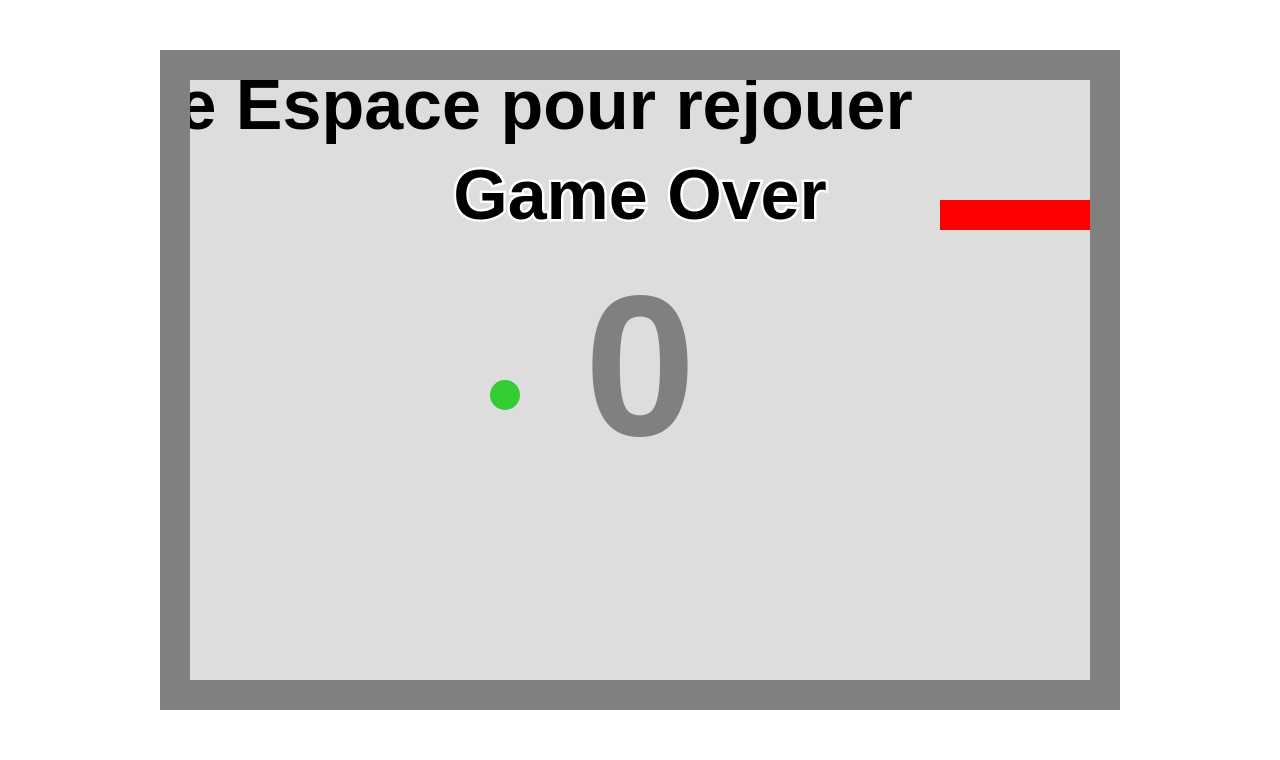
Repository: laben35/snake
Page: index.html
These files come from the project's save history. The page is drawn as it stood at one moment and after the next save; the edit follows.
The browser window is 1280 px wide. The pictures show the whole page.

Above is the page before, as saved 2019-12-08 19:19:09.

### index.html
<!DOCTYPE html>
<html lang="en">
<head>
    <meta charset="UTF-8">
    <meta name="viewport" content="width=device-width, initial-scale=1.0">
    <meta http-equiv="X-UA-Compatible" content="ie=edge">
    <title>The snake game</title>
    <script src="script.js"></script>
</head>
<body>

</body>
</html>

### script.js
window.onload = function()
{
    var canvasWidth = 900;
    var canvasHeight = 600;
    var blockSize = 30;
    var ctx;
    var delay = 150;   // si j'augmente le délai de rafraichissement du canvas,  le serpent avance moins vite, comme ça il se rafraichit une fois toutes les secondes et non toutes les dixièmes de secondes
    var snakee;
    var applee;
    var widthInBlocks = canvasWidth/blockSize;  //la largeur en terme de block sera la largeur divisée par la taille du bloc c'est à dire, la largeur est de 900px et la taille du bloc (blockSize) est de 30px ==> notre largeur en terme de blocks sera de 30px var 30*30=900
    var heightInBocks = canvasHeight/blockSize; //600/30 = 20
    var score;

    init();

    function init()
    {
            var canvas = document.createElement('canvas');  //Canvas élément HTML qui permet de dessiner notre page HTML
            canvas.width = canvasWidth;
            canvas.height = canvasHeight;
            canvas.style.border = "30px solid gray";
            canvas.style.margin = "50px auto";
            canvas.style.display = "block";
            canvas.style.backgroundColor = "#ddd";
            document.body.appendChild(canvas);
            ctx = canvas.getContext('2d');
            snakee = new Snake( [[6,4], [5,4], [4,4], [3,4], [2,4]], "right");
            applee = new Apple([10,10]);
            score = 0;
            refreshCanvas();
    }

    //fonction qui rafraichit le canvas
    function refreshCanvas()
    {
        snakee.advance();
        if(snakee.checkCollision())
        {
            gameOver();
        }
        else
        {
            if(snakee.isEatingApple(applee))         // Condition est-ce que le serpent a mangé un fruit
            {
                score++;
                snakee.ateApple = true;   //le serpent a bien mangé un fruit
                do
                {
                    applee.setNewPosition();     //Le serpent a mangé un fruit donc on va replacer le fruit à un autre endroit d'où la nouvelle méthode: setNewPosition()
                }
                while(applee.isOnSnake(snakee))

            }
            ctx.clearRect(0,0,canvasWidth, canvasHeight);
            drawScore();
            snakee.draw();
            applee.draw();
            setTimeout(refreshCanvas, delay);
        }
    }

    function gameOver()  //Je souhaite que cette fonction écrive GameOver à chaque fois que le serpent rencontre un mur ou lui-même
    {
        ctx.save();   //permet d'enregistrer les paramètre de configuration du contexte du combat cad de le retrouver comme avant
        ctx.font = "bold 70px sans-serif";
        ctx.fillStyle = "#000";
        ctx.textAlign = "center";
        ctx.textBaseline = "middle";
        ctx.strokeStyle = "white";
        ctx.lineWidth = 5;
        var centreX = canvasWidth / 2;
        var centreY = canvasHeight / 2;
        ctx.strokeText("Game Over", centreX, centreY -180);  //pour le stroke -180 cad un petit peu au-dessus du 0
        ctx.fillText("Game Over", centreX, centreY -180);
        ctx.fillText("Appuyer sur la touche Espace pour rejouer", 5, 30);
        ctx.restore();
    }

    function restart()
    {
        snakee = new Snake( [[6,4], [5,4], [4,4], [3,4], [2,4]], "right");
        applee = new Apple([10,10]);
        score = 0;
        refreshCanvas();
    }

    function drawScore()   //fonction qui permet d'afficher le score à l'écran
    {
        ctx.save();
        ctx.font = "bold 200px sans-serif";
        ctx.fillStyle = "gray";
        ctx.textAlign = "center";
        ctx.textBaseline = "middle";
        var centreX = canvasWidth / 2;
        var centreY = canvasHeight / 2;
        ctx.fillText(score.toString(), centreX, centreY);    //ctx.fillText(score.toString(), 5, canvasHeight - 5);
        ctx.restore();
    }

    function drawBlock(ctx, position)
    {
        var x = position[0] * blockSize;
        var y = position[1] * blockSize;
        ctx.fillRect(x,y, blockSize, blockSize);
    }

    //Le constructeur
    function Snake(body, direction)
    {
        this.body = body;
        this.direction = direction;
        this.ateApple = false;      //Pour savoir si mon serpent a mangé un fruit pour le faire grandir  ==> ajout de cette propriété...
        this.draw = function()
        {
            ctx.save();
            ctx.fillStyle = "#ff0000";
            for(var i = 0; i < this.body.length; i++)
           {
               drawBlock(ctx, this.body[i]);
           }
           ctx.restore();
        };
        this.advance = function()
        {
            var nextPosition = this.body[0].slice();
            switch(this.direction)
            {
                case "left":
                    nextPosition[0] -= 1;    //ici c'est la position du x
                    break;
                case "right":
                    nextPosition[0] += 1;
                    break;
                case "down":
                    nextPosition[1] += 1;   //ici c'est la position du y
                    break;
                case "up":
                    nextPosition[1] -= 1;
                    break;
                default:
                    throw("Invalid Direction");
            }
            this.body.unshift(nextPosition);
            if(!this.ateApple)
                this.body.pop();  // Le serpent a mangé un fruit. Ici le pop me permets d'enlever le dernier bloc cad on avançait la tête d'une position et on supprimait la dernière donc mon serpent restait à la même taille
            else
                  this.ateApple = false;
        };
        this.setDirection = function(newDirection)
        {
            var allowedDirections;
            switch(this.direction)
            {
                case "left":
                case "right":
                    allowedDirections = ["up", "down"];
                    break;
                case "down":
                case "up":
                    allowedDirections = ["left", "right"];
                    break;
                default:
                    throw("Invalid Direction");
            }
            if(allowedDirections.indexOf(newDirection) > -1)   //Si c'est >-1 alors ma nouvelle direction est permise
            {
                this.direction = newDirection;
            }
        };
        this.checkCollision = function()   //Fonction pour délimiter l'espace du serpent ==> pour ne pas qu'il sorte du canvas sinon game over
        {
            var wallCollision = false;  //si le serpent rentre dans le mur ==> les limites du canvas
            var snakeCollision = false; //si le serpent rentre sur lui-même
            var head =  this.body[0];   // c'est la tête qui prend la collision donc c'est cette partie que l'on vérifie
            var rest = this.body.slice(1);      //rest du corps du serpent en utilisant la fonction slice et autant qu'il passe sur la valeur 0 et va nous copier tout le reste dans ce array rest.
            var snakeX = head[0];
            var snakeY = head[1];
            var minX = 0;
            var minY = 0;
            var maxX = widthInBlocks - 1;
            var maxY = heightInBocks - 1;
            var isNotBetweenHorizontalWalls = snakeX < minX || snakeX > maxX;
            var isNotBetweenVerticalWalls = snakeY < minY || snakeY > maxY;

            if(isNotBetweenHorizontalWalls || isNotBetweenVerticalWalls)
            {
                wallCollision = true;
            }

            for(var i = 0; i < rest.length; i++)
            {
                if(snakeX === rest[i][0] && snakeY === rest[i][1])  //je vérifie si la tête du serpent est sur l'élément 0 ==>[i] et son X à lui [0] et je vérifie si la tête snakeX et l"élément du corps rest[i][0] ont le même X et le même Y ce qui voudrait dire que la tête du serpent est sur la même X qu'une des case du reste du serpent
                {
                    snakeCollision = true;
                }
            }
            return wallCollision || snakeCollision;
        };
        this.isEatingApple = function(appleToEat)
        {
            var head = this.body[0];  //Je déclare une variable et là, je vérifie si le X de la tête cad le head[0] est égale au corps à la place 0 c'est le 1er élément du corps de mon serpent
            if(head[0] === appleToEat.position[0] && head[1] === appleToEat.position[1])
            {
                return true;  //si cette condition est vrai, le serpent a mangé le fruit sinon rien
            }
            else
                return false;
        };
    }

    function Apple(position)
    {
        this.position = position;
        this.draw = function()
        {
            ctx.save();
            ctx.fillStyle = "#33cc33";   // couleur de la pomme
            ctx.beginPath();    //dessin de la pomme qui est ronde donc on utilise radius
            var radius = blockSize/2;
            var x = this.position[0]*blockSize + radius;
            var y = this.position[1]*blockSize + radius;
            ctx.arc(x,y, radius, 0, Math.PI*2, true);    //Dessin du cercle
            ctx.fill();
            ctx.restore();
        };
        this.setNewPosition = function()   //Je veux que cette méthode soit aléatoire donc un endroit au hasard dans mon canvas
        {
            var newx = Math.round(Math.random() * (widthInBlocks - 1));
            var newY = Math.round(Math.random() * (heightInBocks - 1));
            this.position = [newx, newY];
        };
        this.isOnSnake = function(snakeToCheck)          //métohde qui vérifie si le fruit est sur le serpent puisque sa position est aléatoire
        {
            var isOnSnake = false;

            for(var i = 0; i < snakeToCheck.body.length; i++ )  // Pour cette vérification, je fais une boucle et je passe sur chacun des blocks de mon serpent
            {
                if(this.position[0] === snakeToCheck.body[i][0] && this.position[1] === snakeToCheck.body[i][1])
                {
                   isOnSnake = true;
                }
            }
            return isOnSnake;
        };
    }

    document.onkeydown = function handleKeyDown(e)   //évènement
    {
        var key = e.keyCode;      //Nous donne le code de la touche qui a été appuyée
        var newDirection;        //nouvelle direction en fonction de la touche qui a été appuyée
        switch(key)             //swith sur la touche appuyée
        {
            case 37:   //flèche qui va à gauche
                newDirection = "left";
                break;
            case 38:   //flèche qui va en haut
                newDirection = "up";
                break;
            case 39:   //flèche qui va à droite
                newDirection = "right";
                break;
            case 40:    //flèche qui va en bas
                newDirection = "down";
                break;
            case 32:  //code de la touche Espace
                restart();
                return;
            default:
                return;
        }
        snakee.setDirection(newDirection);
    }

}

After the next save:
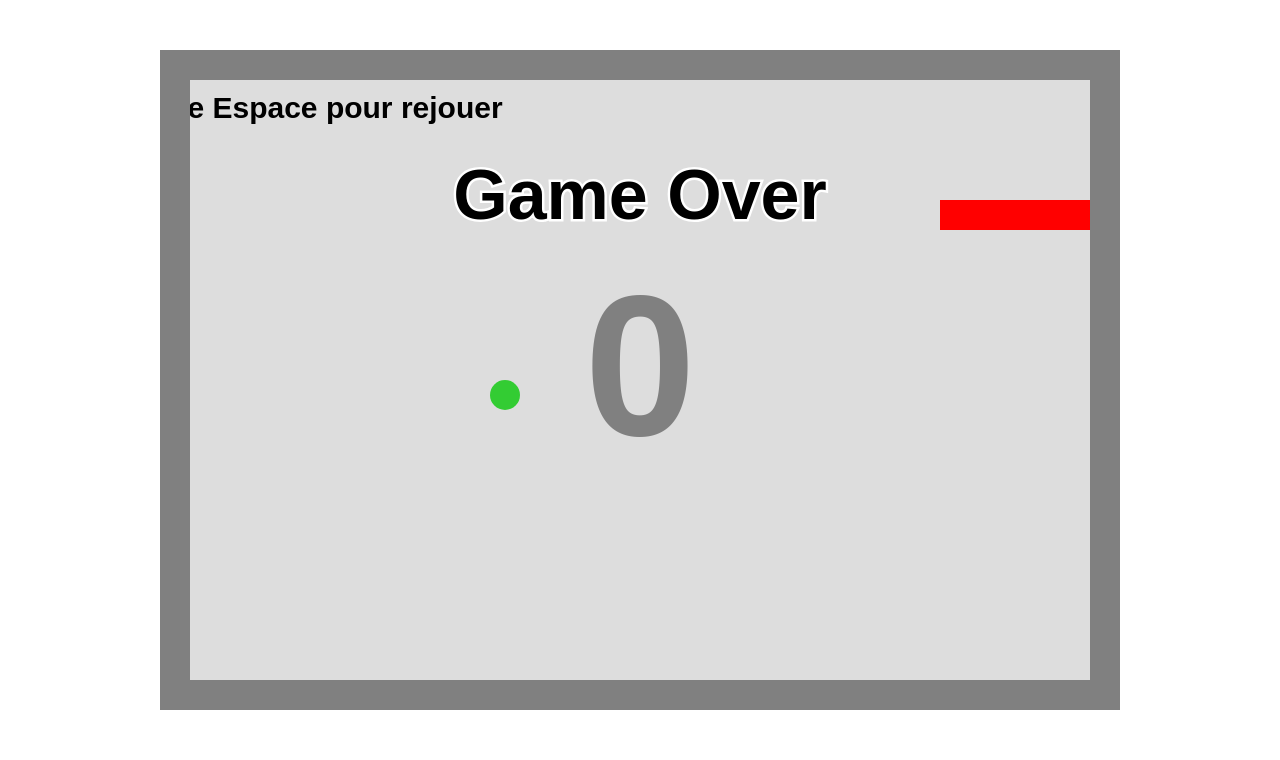
Saved 82 s later.
--- a/script.js
+++ b/script.js
@@ -72,6 +72,7 @@ window.onload = function()
         var centreY = canvasHeight / 2;
         ctx.strokeText("Game Over", centreX, centreY -180);  //pour le stroke -180 cad un petit peu au-dessus du 0
         ctx.fillText("Game Over", centreX, centreY -180);
+        ctx.font = "bold 30px sans-serif";
         ctx.fillText("Appuyer sur la touche Espace pour rejouer", 5, 30);
         ctx.restore();
     }
